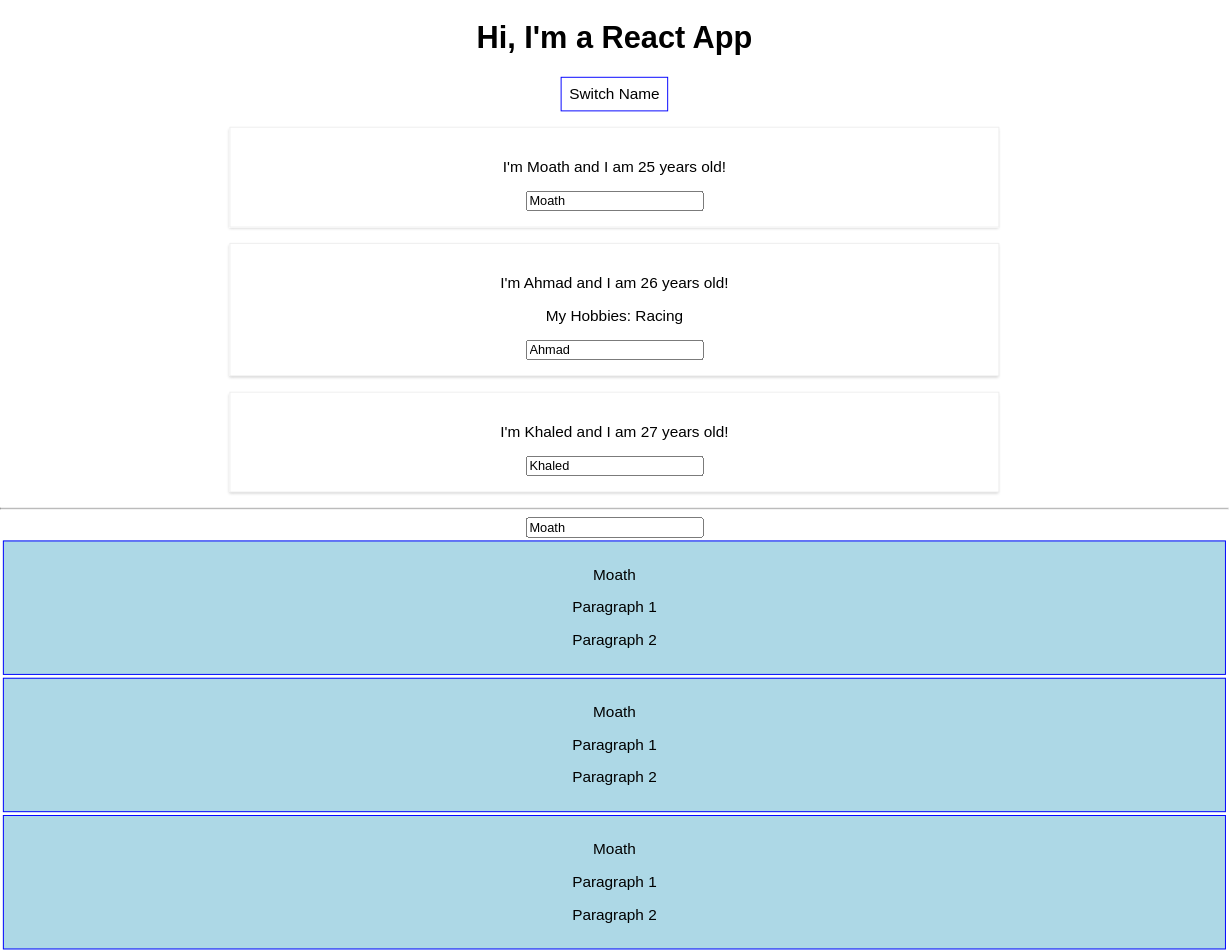
Repository: MuathYHKefayah/React-Basics
Page: /
An editor plug-in stored every save of this project. The page is shown before and after the next save, followed by the edit.
The browser window is 1280 px wide. The pictures show the whole page, at 96% of full size.
The project was rebuilt for these pictures with package versions that can differ from the ones it lists, and the page was loaded fresh each time.

Above is the page before, as saved 2020-12-12 10:16:45.

### src/App.js
import React, { Component } from 'react';
import './App.css';
import Person from './Person/Person';
import UserInput from './UserInput/UserInput';
import UserOutput from './UserOutput/UserOutput';

class App extends Component {
  state = {
     persons: [
       { name:'Moath', age: 25},
       { name:'Ahmad', age: 26},
       { name:'Khaled', age: 27},
     ],
     username: "Moath"
  }

  switchNameHandler  = (newName, newAge) => {
    //Don't Do This: this.state.persons[0].name = "Max";
    this.setState({
      persons: [
        { name:newName, age: 25},
        { name:'Ahmad', age: 26},
        { name:'Khaled', age: newAge},
      ]
    })
  }

  nameChangedHandler = (event) => {
    this.setState({
      persons: [
        { name:'Moath', age: 25},
        { name: event.target.value, age: 26},
        { name:'Khaled', age: 27},
      ]
    })
  }

  usernameChangedHandelr = (event) => {
    this.setState({
      username: event.target.value
    })
  }

  render() {
    const style = {
      backgroundColor: 'white',
      font: 'inherit',
      border: '1px solid blue',
      padding: '8px',
      cursor: 'pointer'
    };

    return (
      // jsx \\ write html code in js file
      <div className="App">
        <h1>Hi, I'm a React App</h1>
        <button
          style={style}
          onClick={() => this.switchNameHandler('Moath!!', 30)}>Switch Name</button>
        <Person name={this.state.persons[0].name} age={this.state.persons[0].age}/>
        <Person
          name={this.state.persons[1].name}
          age={this.state.persons[1].age}
          click={this.switchNameHandler.bind(this, 'Moath!', 40)}
          changed={this.nameChangedHandler}
          >My Hobbies: Racing</Person>
        <Person name={this.state.persons[2].name} age={this.state.persons[2].age}/>
        <hr/>
        <UserInput
          name={this.state.username}
          changed={this.usernameChangedHandelr}/>

        <UserOutput name={this.state.username}/>
        <UserOutput name={this.state.username}/>
        <UserOutput name={this.state.username}/>

      </div>
    );
    //return React.createElement('div', {className: 'App'} , React.createElement('h1', null , 'Hi, I\'m a React App !!!' ))
  }
}

export default App;

### src/Person/Person.js
import React from 'react';
import './Person.css';

const person = (props) => {
    return (
        <div className="Person">
            <p onClick={props.click}>I'm {props.name} and I am {props.age} years old!</p>
            <p>{props.children}</p>
            <input type="text" onChange={props.changed} value={props.name}/>
        </div>
    )
};

export default person;

### src/UserInput/UserInput.js
import React, { Component } from 'react';


class UserInput extends Component{
    render(){
        return(
            <div className="UserInput">
                <input
                    type="text"
                    onChange={this.props.changed}
                    value={this.props.name}/>
            </div>

        );
    }
}

export default UserInput;

### src/UserOutput/UserOutput.js
import React, { Component } from 'react';
import './UserOutput.css'

class UserOutput extends Component {

    render(){
        const style = {
            backgroundColor: 'red'
        };
        return(
            <div className="UserOutput">
                <p style={this.style}>{this.props.name}</p>
                <p>Paragraph 1</p>
                <p>Paragraph 2</p>
            </div>
        );
    }
}

export default UserOutput;

### src/UserOutput/UserOutput.css
.UserOutput{
    border: 1px solid blue;
    padding: 10px;
    background-color: lightblue;
    margin: 3px;
}

Loaded but not shown: public/index.html (common file); src/index.js (common file); src/index.css (common file); src/registerServiceWorker.js (common file); src/App.css (common file); src/Person/Person.css (common file)

After the next save:
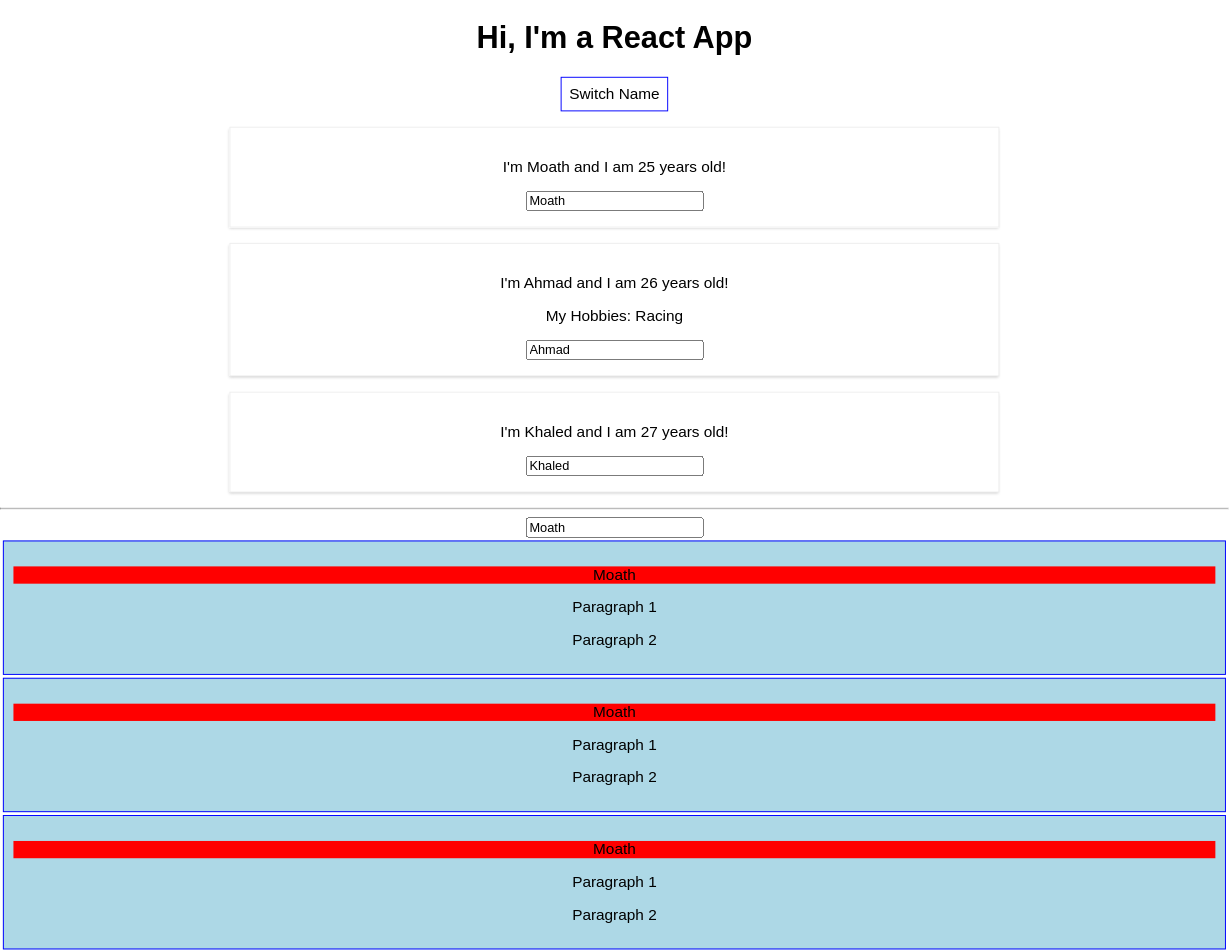
Saved 50 s later.
--- a/src/UserOutput/UserOutput.js
+++ b/src/UserOutput/UserOutput.js
@@ -9,7 +9,7 @@ class UserOutput extends Component {
         };
         return(
             <div className="UserOutput">
-                <p style={this.style}>{this.props.name}</p>
+                <p style={style}>{this.props.name}</p>
                 <p>Paragraph 1</p>
                 <p>Paragraph 2</p>
             </div>

After the save that followed:
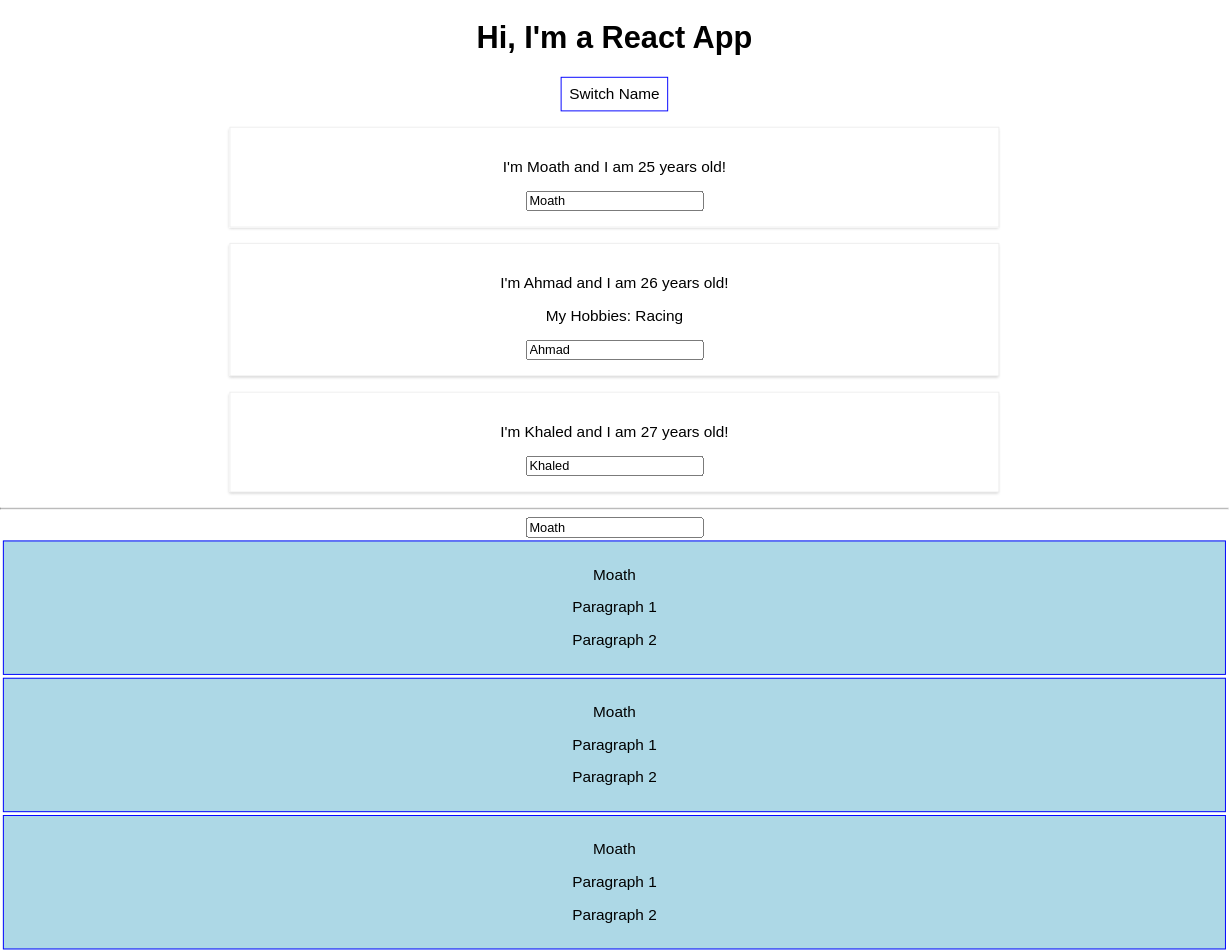
Saved 10 s later.
--- a/src/UserOutput/UserOutput.js
+++ b/src/UserOutput/UserOutput.js
@@ -5,7 +5,7 @@ class UserOutput extends Component {
 
     render(){
         const style = {
-            backgroundColor: 'red'
+            backgroundColor: 'lightred'
         };
         return(
             <div className="UserOutput">
